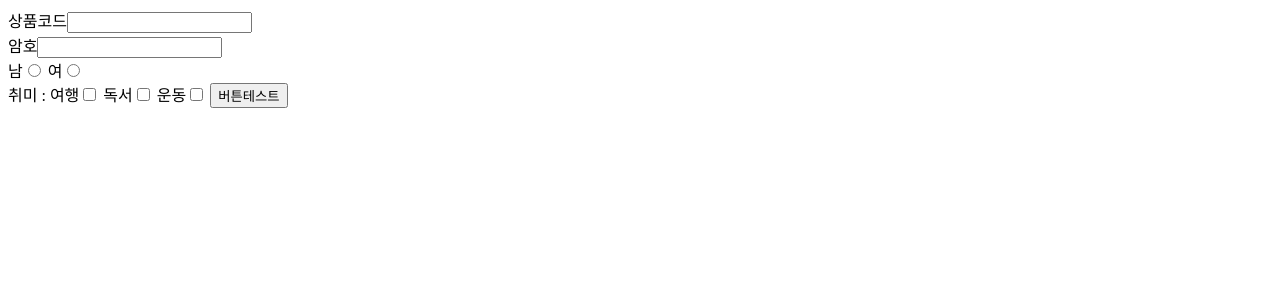
Repository: gunvv00/Java_practice
Page: html_work/html01/WebContent/Formtag01.html
The author's editor kept a copy of each file at every save. The page is drawn from the files as they stood at one save, then again after the next save.
The browser window is 1280 px wide. The pictures show the whole page.

Above is the page before, as saved 2020-01-02 05:05:58.

After the next save:
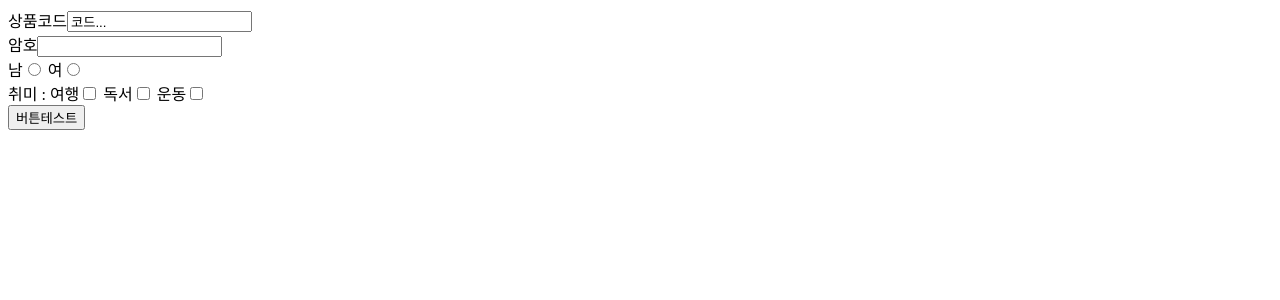
Saved 109 s later.
--- a/html_work/html01/WebContent/Formtag01.html
+++ b/html_work/html01/WebContent/Formtag01.html
@@ -6,13 +6,13 @@
 </head>
 <body>
 <form action = "sava.jpg" method = "post">
-	상품코드<input type = "text" name=""><br>
+	상품코드<input type = "text" name="" value = "코드..."><br>
 	암호<input type = "password" name=""><br/>
 	남<input type = "radio" name="gender"/>
 	여<input type = "radio" name="gender"/><br/>
 	취미 : 여행<input type = "checkbox" name="h1">
 	독서<input type = "checkbox" name="h2">
-	운동<input type = "checkbox" name="h3">
+	운동<input type = "checkbox" name="h3"><br/>
 	<input type = "button" value="버튼테스트"/>
 </form>
 
